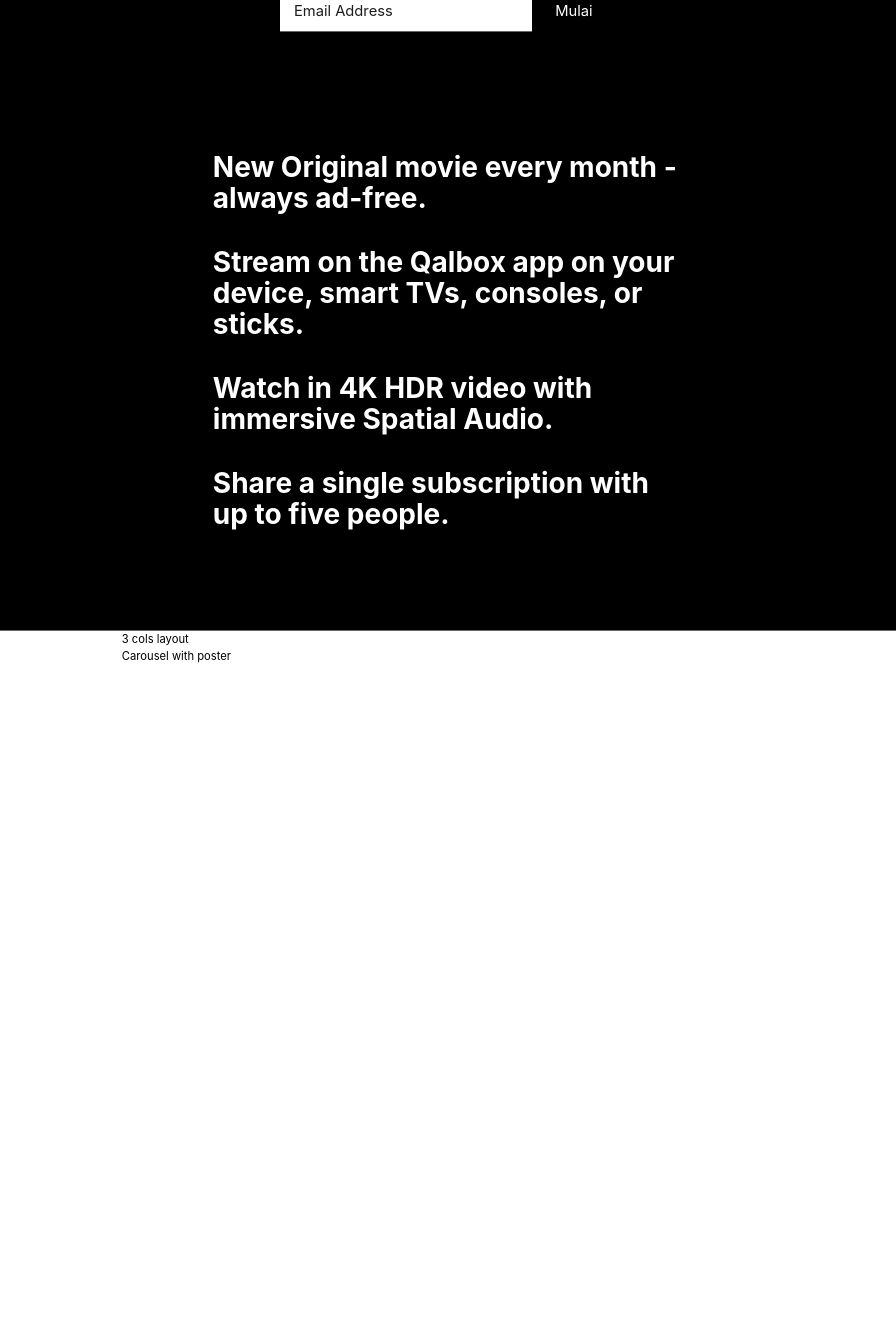
Repository: iqmalr/qalbox-rebuild
Page: /
The author's editor kept a copy of each file at every save. The page is drawn from the files as they stood at one save, then again after the next save.
The browser window is 1280 px wide. The pictures show the part of the page from y = 647 to 2567 px (the page is 3756 px tall before and 3804 px after), at 70% of full size.
Pictures or frames that could not be fetched are drawn as grey boxes. Some web fonts or font styles are not loaded; a fallback is used. The project was rebuilt for these pictures with package versions that can differ from the ones it lists, and the page was loaded fresh each time. Also part of the build but not shown: vite.config.ts. Imported but missing from the stored project, and not drawn on this page: src/assets/Hero.mp4.

Above is the page before, as saved 2024-09-16 14:40:45.

After the next save:
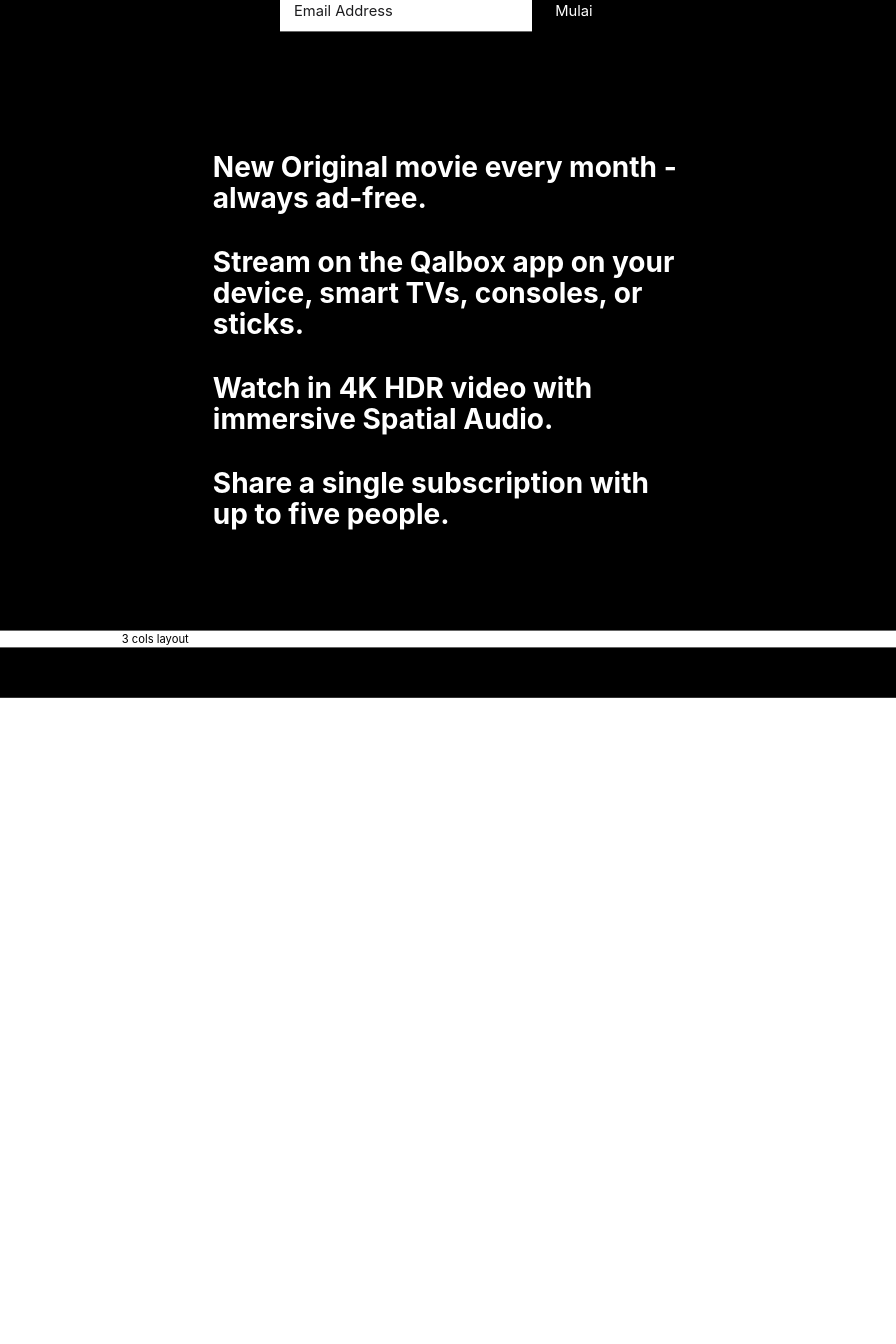
Saved 62 s later.
--- a/src/components/sections/VideoCarousel.tsx
+++ b/src/components/sections/VideoCarousel.tsx
@@ -1,9 +1,9 @@
-import { CustomContainer } from "../CustomContainer";
-
 export const VideoCarousel = () => {
   return (
-    <div>
-      <CustomContainer>Carousel with poster</CustomContainer>
+    <div className="bg-background">
+      <div>3 video</div>
+      <div>carousel</div>
+      <div>carousel</div>
     </div>
   );
 };
